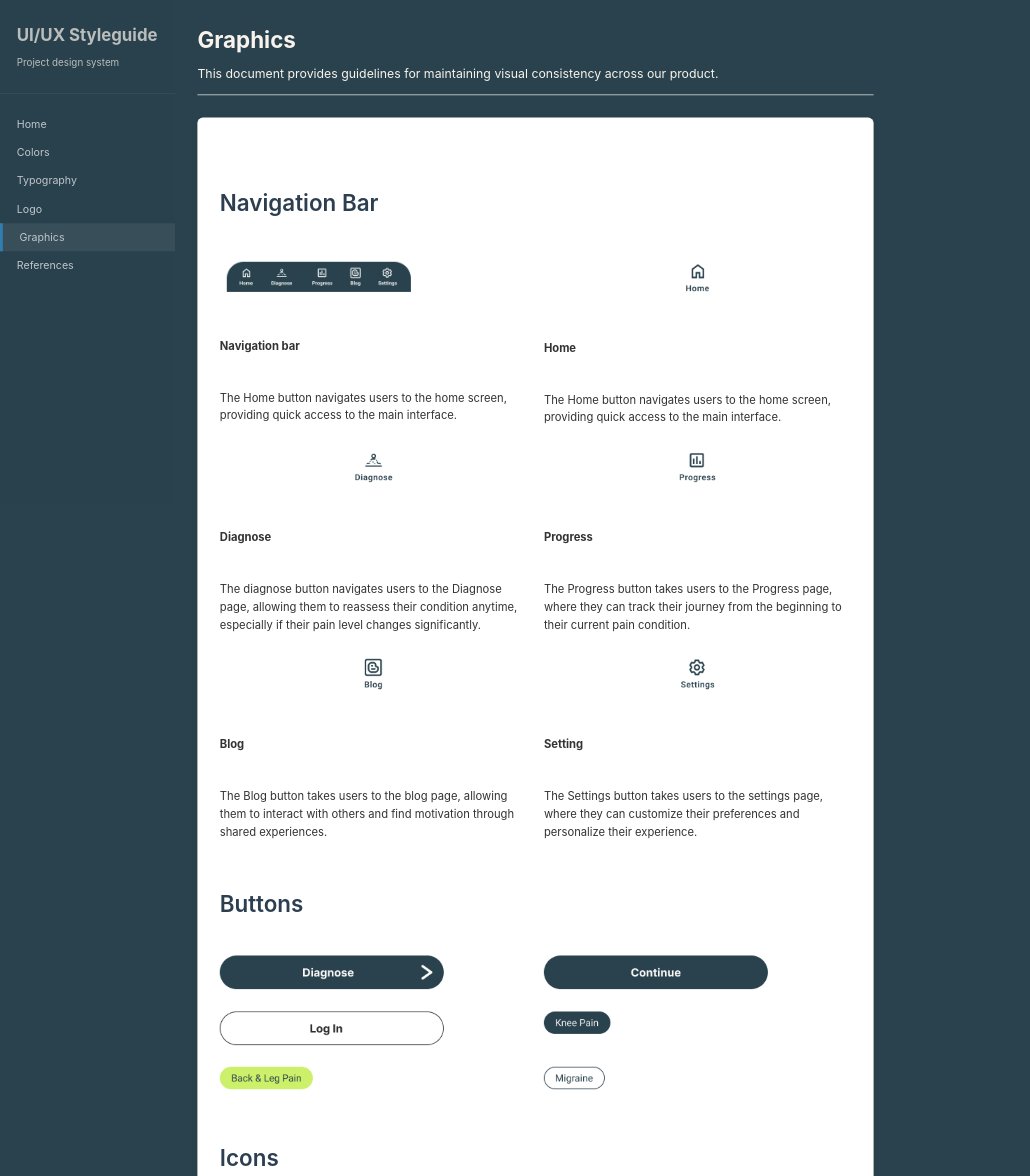
Repository: rosielee09/Heal_U
Page: graphics.html
An editor plug-in stored every save of this project. The page is shown before and after the next save, followed by the edit.
The browser window is 1280 px wide. The page is 1472 px wide, so the pictures cover 1472 px, including what lies to the right of the window. The pictures show the part of the page from y = 0 to 1680 px (the page is 4781 px tall), at 70% of full size.

Above is the page before, as saved 2025-04-06 10:39:49.

### graphics.html
<!DOCTYPE html>
<html lang="en">
<head>
    <meta charset="UTF-8">
    <meta name="viewport" content="width=device-width, initial-scale=1.0">
    <link rel="stylesheet" href="styles.css">
    <title>Heal_U Styleguide</title>
</head>
<body>
    <div class="container">
        <!-- Sidebar Navigation -->
        <div class="sidebar">
            <div class="sidebar-header">
                <h1>UI/UX Styleguide</h1>
                <p>Project design system</p>
            </div>
            <ul class="nav">
                <li ><a href="index.html">Home</a></li>
                <li><a href="colors.html">Colors</a></li>
                <li><a href="typography.html">Typography</a></li>
                <li><a href="logo.html">Logo</a></li>
                <li class="active"><a href="graphics.html">Graphics</a></li>
                <li><a href="references.html">References</a></li>
            </ul>
        </div>

        <!-- Main Content - Home Page -->

        <div class="content">
            <header class="page-header">
                <h2>Graphics</h2>
                <p>This document provides guidelines for maintaining visual consistency across our product.</p>
            </header>


           <!-- SECTION 1: menu bar -->
           <div class="component">
            <div class="component-header">

                <section class="component-section">
                    <h3 class="component-title">Navigation Bar</h3>
                    <div class="graphic-grid">


                        <!-- navbar -->
                        <div class="graphic-item">
                            <img class="graphic-menu__icon" src="/img/graphic-menu/navbar.png" alt="navbar" width="60%">
                            <div class="graphic-info">
                                <h4 class="graphic-title">Navigation bar</h4>
                                <p>The Home button navigates users to the home screen, providing quick access to the main interface.</p>
                            </div>
                        </div>
                        <!-- home -->
                        <div class="graphic-item">
                            <img class="graphic-menu__icon" src="/img/graphic-menu/home.png" alt="home">
                            <div class="graphic-info">
                                <h4 class="graphic-title">Home</h4>
                                <p>The Home button navigates users to the home screen, providing quick access to the main interface.</p>
                            </div>
                        </div>
                        <!-- diagnose -->
                        <div class="graphic-item">
                            <img class="graphic-menu__icon" src="/img/graphic-menu/diagnose.png" alt="diagnose">
                            <div class="graphic-info">
                                <h4 class="graphic-title">Diagnose </h4>
                                <div>The diagnose button navigates users to the Diagnose page, allowing them to reassess their condition anytime, especially if their pain level changes significantly.</div>
                            </div>
                        </div>
                        <!-- Progress -->
                        <div class="graphic-item">
                            <img class="graphic-menu__icon" src="/img/graphic-menu/progress.png" alt="Progress">
                            <div class="graphic-info">
                                <h4 class="graphic-title">Progress </h4>
                                <div>
                                    The Progress button takes users to the Progress page, where they can track their journey from the beginning to their current pain condition.</div>
                            </div>
                        </div>

                        <!-- blog -->
                        <div class="graphic-item">
                            <img class="graphic-menu__icon" src="/img/graphic-menu/blog.png" alt="blog">
                            <div class="graphic-info">
                                <h4 class="graphic-title">Blog </h4>
                                <div>The Blog button takes users to the blog page, allowing them to interact with others and find motivation through shared experiences.</div>
                        </div>
                        </div>

                        <!-- Setting -->
                        <div class="graphic-item">
                            <img class="graphic-menu__icon" src="/img/graphic-menu/setting.png" alt="Setting">
                            <div class="graphic-info">
                                <h4 class="graphic-title">Setting </h4>
                                <div>The Settings button takes users to the settings page, where they can customize their preferences and personalize their experience.</div>

                    </div>
                </div>
            </div>

<!-- button section -->
                <section class="component-section">
                    <h3 class="component-title">Buttons </h3>

                    <div class="graphic-grid">
                          <!-- fill button -->
                        <div class="graphic-item">
                            <img class="graphic-button__icon" src="/img/Appovation - buttons/Button-fill-withIcon.png" alt="fill-icon">
                        </div>
                        <div class="graphic-item">
                            <img class="graphic-button__icon" src="/img/Appovation - buttons/Button-fill.jpg" alt="fill">
                        </div>
                        <div class="graphic-item">
                            <img class="graphic-button__icon" src="/img/Appovation - buttons/Button-outline.jpg" alt="outline">
                        </div>
                        <div class="graphic-item">
                            <img class="graphic-button__icon" src="/img/Appovation - buttons/chips-fill.png" alt="chips">
                        </div>
                        <div class="graphic-item">
                            <img class="graphic-button__icon" src="/img/Appovation - buttons/chips-highlighted.png" alt="chips-highlighted">
                        </div>
                        <div class="graphic-item">
                            <img class="graphic-button__icon" src="/img/Appovation - buttons/chips-outlined.png" alt="chips-outlined">
                        </div>
                    </div>
                </section>

            <section class="component-section">
                <h3 class="component-title">Icons </h3>
                <h4 class="graphic-title">User Setting</h4>
                <div class="graphic-item">
                    <img class="graphic-icons" src="/img/Appovation - icons/user setting icon.png" alt="pain_type_icon">
                </div>

                <h4 class="graphic-title">Type of Pain</h4>
                <div class="graphic-grid__icons">

                    <div class="graphic-item">
                        <img class="graphic-icons" src="/img/Appovation - icons/Icon-stabbing.png" alt="pain_type_icon">
                    </div>
                    <div class="graphic-item">
                        <img class="graphic-icons" src="/img/Appovation - icons/Icon-tingling.png" alt="pain_type_icon">
                    </div>
                    <div class="graphic-item">
                        <img class="graphic-icons" src="/img/Appovation - icons/Icon_Burning.png" alt="pain_type_icon">
                    </div>
                    <div class="graphic-item">
                        <img class="graphic-icons" src="/img/Appovation - icons/Icon_Cramps.png" alt="pain_type_icon">
                    </div>
                    <div class="graphic-item">
                        <img class="graphic-icons" src="/img/Appovation - icons/Icon_dull ache.png" alt="pain_type_icon">
                    </div>
                    <div class="graphic-item">
                        <img class="graphic-icons" src="/img/Appovation - icons/Icon_freezing.png" alt="pain_type_icon">
                    </div>
                    <div class="graphic-item">
                        <img class="graphic-icons" src="/img/Appovation - icons/Icon_Migrane.png" alt="pain_type_icon">
                    </div>
                    <div class="graphic-item">
                        <img class="graphic-icons" src="/img/Appovation - icons/Icon_neuralgia.png" alt="pain_type_icon">
                    </div>
                    <div class="graphic-item">
                        <img class="graphic-icons" src="/img/Appovation - icons/Icon_numbness.png" alt="pain_type_icon">
                    </div>
                    <div class="graphic-item">
                        <img class="graphic-icons" src="/img/Appovation - icons/Icon_thobbing.png" alt="pain_type_icon">
                    </div>

                </div>


                <h4 class="graphic-title">Pain Scale</h4>
                <div class="graphic-grid">

                    <div class="graphic-item">
                        <img class="graphic-icons" src="/img/Appovation - icons/Pain_difference-slider-green.png" alt="pain_scale_icon">
                    </div>
                    <div class="graphic-item">
                        <img class="graphic-icons" src="/img/Appovation - icons/Pain_difference-slider-mild.png" alt="pain_scale_icon">
                    </div>
                    <div class="graphic-item">
                        <img class="graphic-icons" src="/img/Appovation - icons/Pain_difference-slider-middle.png" alt="pain_scale_icon">
                    </div>
                    <div class="graphic-item">
                        <img class="graphic-icons" src="/img/Appovation - icons/Pain_difference-slider-less-severe.png" alt="pain_scale_icon">
                    </div>
                    <div class="graphic-item">
                        <img class="graphic-icons" src="/img/Appovation - icons/Pain_difference-slider-severe.png" alt="pain_scale_icon">
                    </div>
                </div>
                <div class="graphic-item-grid1">
                    <img class="graphic-icons" src="/img/Appovation - icons/progress pain scale.png" alt="pain_scale_icon">
                </div>

        </section>

        <section class="component-section">
            <h3 class="component-title">Illustrations</h3>

            <div class="graphic-grid-illustrations">
                  <!-- fill button -->
                <div class="graphic-item-illustrations">
                    <img class="graphic-illustrations" src="/img/Appovation - illustration set/5214865 1.png" >
                </div>
                <div class="graphic-item-illustrations">
                    <img class="graphic-illustrations" src="/img/Appovation - illustration set/AdobeStock_593962329 1.png">
                </div>
                <div class="graphic-item-illustrations">
                    <img class="graphic-illustrations" src="/img/Appovation - illustration set/exercise 2.png" >
                </div>
                <div class="graphic-item-illustrations">
                    <img class="graphic-illustrations" src="/img/Appovation - illustration set/Group 103.png" >
                </div>
                <div class="graphic-item-illustrations">
                    <img class="graphic-illustrations" src="/img/Appovation - illustration set/Group 84.png" >
                </div>
                <div class="graphic-item-illustrations">
                    <img class="graphic-illustrations" src="/img/Appovation - illustration set/Group 98.png" >
                </div>
            </div>
        </section>

        <section class="component-section">
            <h3 class="component-title">Images for Contents</h3>

            <div class="graphic-grid-images">
                <div class="graphic-item">
                    <img class="graphic-icons" src="/img/Appovation - images for contents/unsplash_GbomLmruCM8.png " alt="pain_type_icon">
                </div>
                <div class="graphic-item">
                    <img class="graphic-icons" src="/img/Appovation - images for contents/unsplash_gJtDg6WfMlQ.png" alt="pain_type_icon">
                </div>
                <div class="graphic-item">
                    <img class="graphic-icons" src="/img/Appovation - images for contents/unsplash_kFCdfLbu6zA.png" alt="pain_type_icon">
                </div>
                <div class="graphic-item">
                    <img height="200px" class="graphic-icons" src="/img/Appovation - images for contents/unsplash_PJ8C7JCqK0o-1.png" alt="pain_type_icon">
                </div>
                <div class="graphic-item">
                    <img height="200px" class="graphic-icons" src="/img/Appovation - images for contents/unsplash_PJ8C7JCqK0o.png" alt="pain_type_icon">
                </div>
        </section>

        <section class="component-section">
            <h3 class="component-title">Screens</h3>

            <div class="graphic-grid-images">
                <div class="graphic-item">
                    <img class="graphic-icons" src="/img/Appovation - screens/screen-dailypopup.png " alt="pain_type_icon">
                </div>
                <div class="graphic-item">
                    <img class="graphic-icons" src="/img/Appovation - screens/screen-survey.png" alt="pain_type_icon">
                </div>
                <div class="graphic-item">
                    <img class="graphic-icons" src="/img/Appovation - screens/screen-watchingtutorial.png" alt="pain_type_icon">
                </div>

        </section>


</body>
<script src="script.js"></script>
</html>

### styles.css
* {
    margin: 0;
    padding: 0;
    box-sizing: border-box;
}

body {
    font-family: 'Inter', -apple-system, BlinkMacSystemFont, 'Segoe UI', Roboto, Oxygen, Ubuntu, Cantarell, sans-serif;
    line-height: 1.6;
    color: #333;
    background: #29424D;

    margin: 0;
    padding: 0;
    width: 100vw;
    height: 100vh;


}

/* Layout */
.container {
    display: flex;
    min-height: 100vh;
}

/* Sidebar Navigation */
.sidebar {
    width: 250px;
    background-color: #29424D;
    color: #F8F3EC;
    padding: 2rem 0;
    position: fixed;
    height: 100vh;
    overflow-y: hidden;
    opacity: 0.7;
}


.sidebar-header {
    padding: 0 1.5rem 2rem;
    border-bottom: 1px solid rgba(255, 255, 255, 0.1);
}

.sidebar-header h1 {
    font-size: 1.5rem;
    font-weight: 700;
    margin-bottom: 0.5rem;
}

.sidebar-header p {
    font-size: 0.875rem;
    opacity: 1;
}

.nav {
    list-style: none;
    padding: 1.5rem 0;
}

.nav li {
    padding: 0.5rem 1.5rem;
}

.nav li.active {
    background-color: rgba(255, 255, 255, 0.1);
    border-left: 4px solid #3498db;
}

.nav a {
    color: #fff;
    text-decoration: none;
    display: block;
    font-size: 0.95rem;
    transition: all 0.2s;
}

.nav a:hover {
    opacity: 1;
}

/* Logo in Navbar */
/* Logo styling */
.logo {
    display: flex;
    align-items: left;
    gap: 10px;  /* Space between logo image and text */
    /* padding: 0 1.5rem;  Match your sidebar padding */
}



.logo p {
    color: #F8F3EC;  /* Match your sidebar text color */
    font-weight: 700;
    font-size: 2rem;
    margin: 0;  /* Remove default paragraph margin */
    margin-bottom: 0.5rem;
}

/* Home page animation */
.body-homepage{
    overflow: hidden;
    position: relative;
    display: flex;
    align-items: center;
}
.animation--title {
    text-align: right;
    display: flex;
    flex-direction: column;
    justify-content: flex-end;
    margin-left: 45rem; /* Push to the right side */
    margin-right: 5%; /* Keep some space from the edge */
    width: 50%;
  }

  .animation--title-head {

    color: #F8F3EC;
    font-size: 8rem;
    line-height: 1.2;
    font-weight: bold;
    letter-spacing: 2px;
    font-family: 'Roboto', sans-serif;
    text-transform: uppercase;

  }

  .animation--title-subhead {
    color: #F8F3EC;
    font-size: 1.7rem;
    line-height: 1.5;
    font-family: 'Roboto', sans-serif;
    font-style: italic;
    margin-top: 2rem;
    margin-bottom: 2rem;
  }

  .animation--title-member {
    color: #F8F3EC;
    font-size: 1.4rem;
    line-height: 1.4;
    font-family: 'Roboto', sans-serif;

  }



  .blob {
    position: absolute;
    top: 0;
    left: 0;
    fill: #CFC4F4;
    width: 50vmax;
    z-index: -1;
    animation: move 10s ease-in-out infinite;
    transform-origin: 50% 50%;
  }

  @keyframes move {
    0%   { transform: scale(1)   translate(10px, -30px); }
    38%  { transform: scale(0.8, 1) translate(80vw, 30vh) rotate(160deg); }
    40%  { transform: scale(0.8, 1) translate(80vw, 30vh) rotate(160deg); }
    78%  { transform: scale(1.3) translate(0vw, 50vh) rotate(-20deg); }
    80%  { transform: scale(1.3) translate(0vw, 50vh) rotate(-20deg); }
    100% { transform: scale(1)   translate(10px, -30px); }
  }




/* Main Content */
.content {
    flex: 1;
    padding: 2rem;
    margin-left: 250px;
    max-width: calc(100% - 250px);
}

.page-header {
    margin-bottom: 2rem;
    padding-bottom: 1rem;
    border-bottom: 1px solid #eee;
}

.page-header h2 {
    font-size: 2rem;
    font-weight: 700;
    color: #F8F3EC;
    margin-bottom: 0.5rem;
}

.page-header p {
    color: #F8F3EC;
    font-size: 1.1rem;
}

/* Components Common Styles */
.component {
    background-color: #fff;
    border-radius: 8px;
    box-shadow: 0 2px 10px rgba(0, 0, 0, 0.05);
    padding: 2rem;
    margin-bottom: 2rem;
}

.component-section{
    margin-top: 3rem;
}

.component-header {
    margin-top: 1.5rem;
    margin-bottom: 1.5rem;
}

.component-title {
    font-size: 2rem;
    font-weight: 600;
    margin-top: 4rem;
    margin-bottom: 3rem;
    color: #2c3e50;
}

.component-description {
    color: #7f8c8d;
}


    /* Color Styles */
.color-grid {
    display: grid;
    grid-template-columns: repeat(auto-fill, minmax(300px, 1fr));
    gap: 1.5rem;
}

.color-grid__onlycolor {
    display: grid;
    grid-template-columns: repeat(auto-fill, minmax(300px, 2fr));
    gap: 1.5rem;
    align-items: center;
}

.color-grid__Accessiblilliy {
    display: grid;
    grid-template-columns: repeat(auto-fit, minmax(clamp(300px, 50%, 400px), 1fr));
    gap: 1.5rem;
}

.color-item {
    border-radius: 6px;
    overflow: hidden;
    box-shadow: 0 2px 5px rgba(0, 0, 0, 0.1);
}

.color-preview {
    height: 120px;
}

.color-info {
    padding: 1rem;
    background-color: #fff;
}

.color-name {
    font-weight: 600;
    margin-bottom: 0.25rem;
}

.color-value {
    font-family: monospace;
    color: #7f8c8d;
    font-size: 0.85rem;
}

.color__primary--preview{
    background-color: #29424D;
}

.color__secondary--preview{
    background-color: #CFC4F4;
}

.color__tertiary--preview {
    background-color: #F8F3EC;
}

.color__accent--preview{
    background-color: #CDF06B;
}

.color__success--preview{
    background-color: #138636;
}

.color__error--preview{
    background-color: #C32D2D;
}

.color__warning--preview{
    background-color: #FFBD11;
}

.color__info--preview{
    background-color: #4976BA;
}

.color__background--preview{
    background-color: #fff;
}

.color__text--preview{
    background-color: #2E2E30;
}

.color-accessiblillity-img {
    width: 100%;
    height: 70%;
}

.color-example-img{
    align-items: center;
}


/* Graphics */
.graphic-grid {
    display: grid;
    grid-template-columns: repeat(auto-fill, minmax(300px, 2fr));
    gap: 1.5rem;

}

/* section__icons */
.graphic-grid__icons{
    display: grid;
    grid-template-columns: repeat(5, 1fr);
    gap: 1.5rem;
}

.graphic-item{
   justify-items: center;

}


.graphic-menu__icon{
    margin: 10px;
}
.graphic-title{
    margin-top: 3rem;
    margin-bottom: 3rem;
}

.graphic-item-grid1{
    margin-top: 3rem;
}


/* section illustrations */
.graphic-grid-illustrations,
.graphic-grid-images{
    display: grid;
    grid-template-columns: repeat(3, 1fr);
    gap: 1.5rem;
}
.graphic-item-illustrations,
.graphic-illustrations{
    max-width: 200px;
    max-height: 200px;
}
.graphic-icons{
    border-radius: 20px;
}

/* Typography */

/* Import Roboto font with multiple weights */
@import url('https://fonts.googleapis.com/css2?family=Roboto:wght@400;500;700&display=swap');

.component-title-typography{
    color: #F8F3EC;
}

/* Table styling */
table {
  width: 100%;
  border-collapse: collapse;
  font-family: 'Roboto', sans-serif;
  margin: 2rem 0;
}

th {
  background-color: #f8f9fa;
  color: #212529;
  padding: 12px 16px;
  text-align: left;
  font-weight: 500;
  border-bottom: 2px solid #dee2e6;

}

td {
  padding: 16px;
  border-bottom: 1px solid #e9ecef;
  vertical-align: top;
}

/* Remove default list styling */
td li {
  list-style: none;
  margin: 4px 0;
  padding-left: 0;
}



.content-image {
  margin: auto;
  display: block;
  padding: 1rem;
}

.center {
  text-align: center;
}



.typography-item {
    margin-bottom: 2rem;
}


.heading1 {
  font-family: 'Roboto', sans-serif;
  font-size: 40px;
  line-height: 48px;
  font-weight: 700;
  color: #212529;

}

.heading2 {
  font-family: 'Roboto', sans-serif;
  font-size: 32px;
  line-height: 40px;
  font-weight: 700;
  color: #212529;
}

.section-header {
  font-family: 'Roboto', sans-serif;
  font-size: 24px;
  line-height: 32px;
  font-weight: 700;
  color: #212529;
}

.sub-header {
  font-family: 'Roboto', sans-serif;
  font-size: 20px;
  line-height: 28px;
  font-weight: 700;
  color: #212529;
}

.body-bold {
  font-family: 'Roboto', sans-serif;
  font-size: 16px;
  line-height: 24px;
  font-weight: 700;
  color: #212529;
}


.body {
  font-family: 'Roboto', sans-serif;
  font-size: 16px;
  line-height: 24px;
  font-weight: 400;
  color: #212529;
}

.small {
  font-family: 'Roboto', sans-serif;
  font-size: 14px;
  line-height: 20px;
  font-weight: 400;
  color: #212529;
}

.small-italic {
  font-family: 'Roboto', sans-serif;
  font-style: italic;
  font-size: 14px;
  line-height: 20px;
  font-weight: 400;
  color: #212529;
}

.tiny-bold {
  font-family: 'Roboto', sans-serif;
  font-size: 12px;
  line-height: 18px;
  font-weight: 700;
  color: #212529;
}

.tiny {
  font-family: 'Roboto', sans-serif;
  font-size: 12px;
  line-height: 18px;
  font-weight: 400;
  color: #212529;
}

.mini {
  font-family: 'Roboto', sans-serif;
  font-size: 8px;
  line-height: 12px;
  font-weight: 400;
  color: #212529;
  letter-spacing: 0.5px;
}

/* Add zebra striping for better readability */
tbody tr:nth-child(odd) {
  background-color: #f8f9fa;
}

Loaded but not shown: script.js (no stored copy; drawn as an empty file)

After the next save:
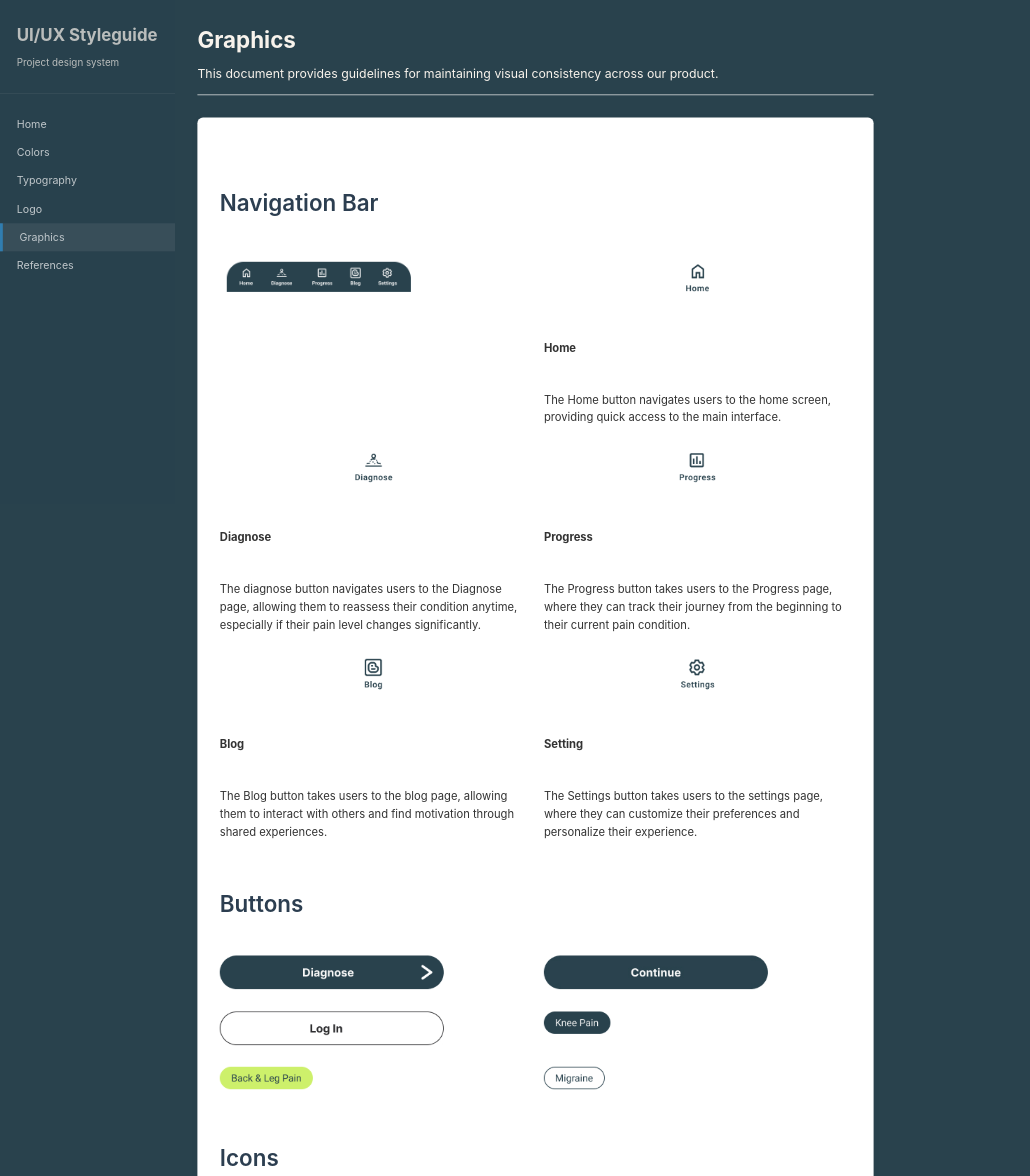
Saved 15 s later.
--- a/graphics.html
+++ b/graphics.html
@@ -45,10 +45,6 @@
                         <!-- navbar -->
                         <div class="graphic-item">
                             <img class="graphic-menu__icon" src="/img/graphic-menu/navbar.png" alt="navbar" width="60%">
-                            <div class="graphic-info">
-                                <h4 class="graphic-title">Navigation bar</h4>
-                                <p>The Home button navigates users to the home screen, providing quick access to the main interface.</p>
-                            </div>
                         </div>
                         <!-- home -->
                         <div class="graphic-item">
